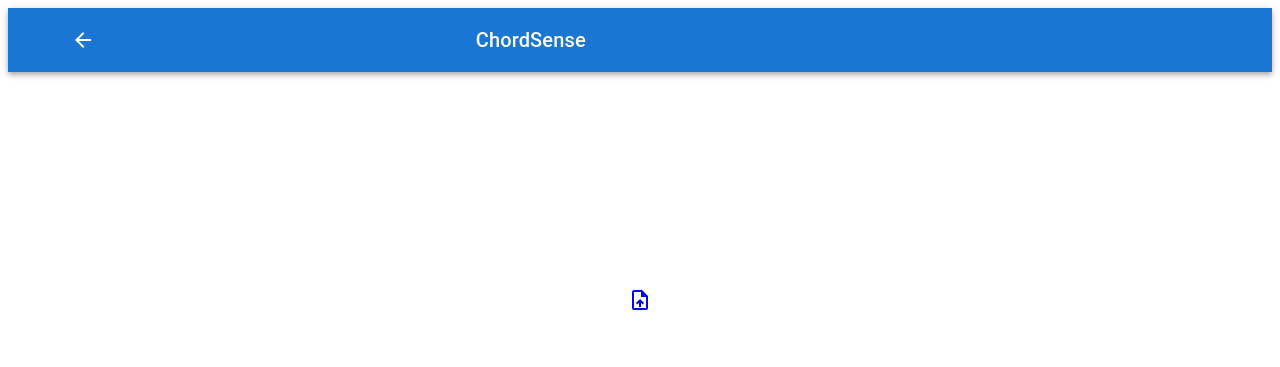
Repository: shamu332/ChordSense
Page: / (app in ui/)
An editor plug-in stored every save of this project. The page is shown before and after a run of saves, followed by the edit.
The browser window is 1280 px wide. The pictures show the whole page.
The project was rebuilt for these pictures with package versions that can differ from the ones it lists, and the page was loaded fresh each time. Also part of the build but not shown: ui/src/pages/Results.js.

Above is the page before, as saved 2023-03-11 14:27:39.

### ui/src/index.js

import React from "react";
import ReactDOM from "react-dom";
import { BrowserRouter as Router, Routes, Route } from "react-router-dom";
import Results from "./pages/Results";
import Landing from "./pages/Landing";

ReactDOM.render(
  <>
    <Router>
      <Routes>
        <Route path="/" element={<Landing />} />
        <Route path="/results" element={<Results />} />
      </Routes>
    </Router>
  </>,
  document.getElementById("root")
);

### ui/src/pages/Landing.js
import React, { useState } from "react";
import Header from "../Header";
import CircularProgress from "@mui/material/CircularProgress";
import UploadFileIcon from '@mui/icons-material/UploadFile';
import { useNavigate } from "react-router-dom";

function Scanner() {
  const [loader, setLoader] = useState(false);
  let navigate = useNavigate();

  function toggleLoader() {
    setLoader(!loader);
  }


  return (
    <>
      <Header />
      <div
        style={{
          display: "flex",
          justifyContent: "center",
          alignItems: "flex-end",
          height: "30vh",
        }}
      ></div>
      {loader ? (
        <div
          style={{
            display: "flex",
            justifyContent: "center",
            alignItems: "center",
            height: "30vh",
          }}
        >
          <CircularProgress />
        </div>
      ) : (
        <>
          <div
            style={{
              display: "flex",
              justifyContent: "center",
              alignItems: "center",
            }}
          >
            <UploadFileIcon
             sx={{
                color: 'blue',
              }}></UploadFileIcon>
          </div>
          <div
            style={{
              display: "flex",
              justifyContent: "center",
              alignItems: "center",
              height: "20vh",
            }}
          >
          </div>
        </>
      )}
    </>
  );
}

export default Scanner;

### ui/src/Header.js
import * as React from "react";
import AppBar from "@mui/material/AppBar";
import Box from "@mui/material/Box";
import Toolbar from "@mui/material/Toolbar";
import Typography from "@mui/material/Typography";
import IconButton from "@mui/material/IconButton";
import ArrowBackIcon from "@mui/icons-material/ArrowBack";
import { useNavigate } from "react-router-dom";

export default function Header() {
  const navigate = useNavigate();
  return (
    <Box sx={{ flexGrow: 1 }}>
      <AppBar position="static">
        <Toolbar>
          <IconButton
            size="large"
            edge="start"
            color="inherit"
            aria-label="menu"
            sx={{ mr: 2 }}
          ></IconButton>
          <ArrowBackIcon
            onClick={() => navigate(-1)}
            sx={{ position: "absolute", left: "5%" }}
          />
          <Typography
            variant="h6"
            component="div"
            sx={{ flexGrow: 1, position: "absolute", left: "37%" }}
          >
            ChordSense
          </Typography>
        </Toolbar>
      </AppBar>
    </Box>
  );
}

Loaded but not shown: ui/public/index.html (common file)

After the next 2 saves:
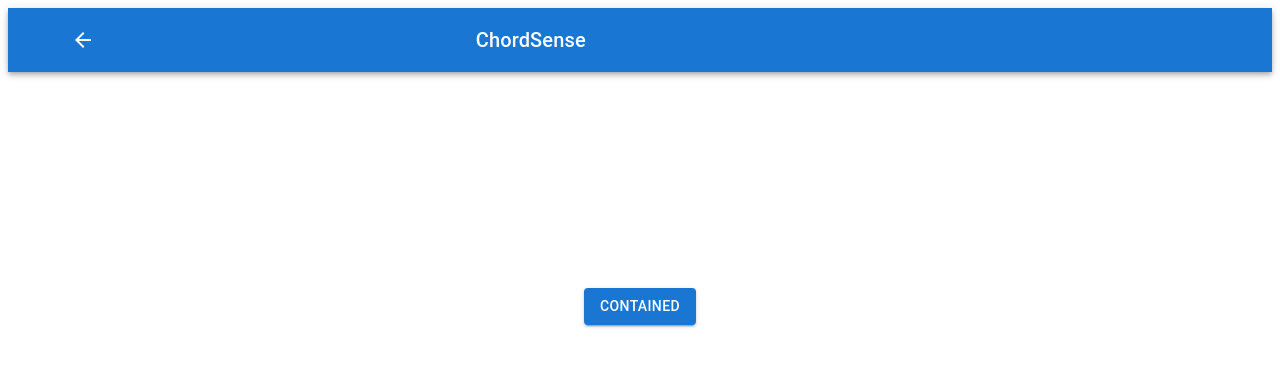
The 2 saves are shown as one change because 1 did not build or start.
The last was saved 98 s later.
--- a/ui/src/pages/Landing.js
+++ b/ui/src/pages/Landing.js
@@ -2,6 +2,7 @@ import React, { useState } from "react";
 import Header from "../Header";
 import CircularProgress from "@mui/material/CircularProgress";
 import UploadFileIcon from '@mui/icons-material/UploadFile';
+import Button from '@mui/material/Button';
 import { useNavigate } from "react-router-dom";
 
 function Scanner() {
@@ -44,10 +45,7 @@ function Scanner() {
               alignItems: "center",
             }}
           >
-            <UploadFileIcon
-             sx={{
-                color: 'blue',
-              }}></UploadFileIcon>
+            <Button variant="contained">Contained</Button>
           </div>
           <div
             style={{
